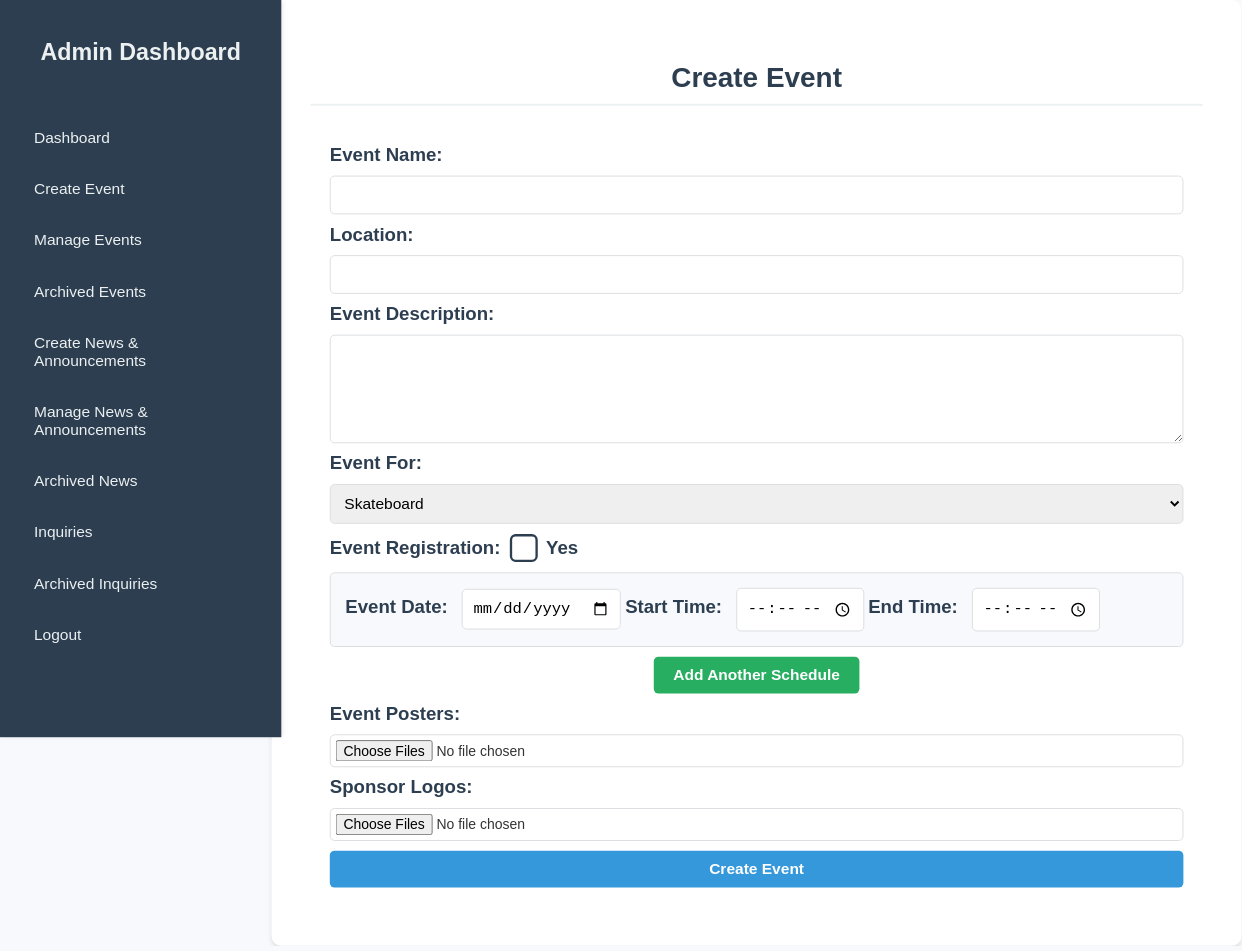
Repository: KharonKade/Capstone
Page: admin.html
These files come from the project's save history. The page is drawn as it stood at one moment and after the next save; the edit follows.
The browser window is 1280 px wide. The pictures show the whole page, at 97% of full size.

Above is the page before, as saved 2025-04-01 19:45:08.

### admin.html
<!DOCTYPE html>
<html lang="en">
<head>
    <meta charset="UTF-8">
    <meta name="viewport" content="width=device-width, initial-scale=1.0">
    <title>Create Event</title>
    <link rel="stylesheet" href="Css/admin.css?v=1.0">
    <script src="https://cdn.jsdelivr.net/npm/sweetalert2@11"></script>
</head>
<body>
    <div class="admin-container">
        <nav class="sidebar">
            <h2>Admin Dashboard</h2>
            <ul>
                <li><a href="/dashboard">Dashboard</a></li>
                <li><a href="admin.html">Create Event</a></li>
                <li><a href="manage_upcoming.php">Manage Events</a></li>
                <li><a href="archived_events.php">Archived Events</a></li>
                <li><a href="create_news.html">Create News & Announcements</a></li>
                <li><a href="manage_news.php">Manage News & Announcements</a></li>
                <li><a href="archived_news.php">Archived News</a></li>
                <li><a href="view_inquiries.php">Inquiries</a></li>
                <li><a href="archived_inquiries.php">Archived Inquiries</a></li>
                <li><a href="/logout">Logout</a></li>
            </ul>
        </nav>
        <main class="content" id="create_event">
            <h2>Create Event</h2>
            <div class="form-container">
            <form action="store_event.php" method="post" enctype="multipart/form-data">
                <label for="event_name">Event Name:</label>
                <input type="text" name="event_name" id="event_name" required>

                <label for="location">Location:</label>
                <input type="text" name="location" id="location" required>

                <label for="description">Event Description:</label>
                <textarea name="description" id="description" rows="5" required></textarea>

                <label for="category">Event For:</label>
                <select name="category" id="category" required>
                    <option value="skateboard">Skateboard</option>
                    <option value="inline">Inline</option>
                    <option value="bmx">BMX</option>
                    <option value="all">All</option>
                </select>

                <label for="registration">
                    Event Registration:
                    <input type="checkbox" name="registration" id="registration" value="1">
                    <span>Yes</span>
                </label>

                <div id="registration-options" style="display: none;">
                    <label for="registration_limit">Registration Limit:</label>
                    <input type="number" name="registration_limit" id="registration_limit" min="1">
                </div>

                <div id="schedule-container">
                    <div class="schedule-item">
                        <label for="event_date">Event Date:</label>
                        <input type="date" name="event_date[]" required>
                        <label for="start_time">Start Time:</label>
                        <input type="time" name="start_time[]" required>
                        <label for="end_time">End Time:</label>
                        <input type="time" name="end_time[]" required>
                    </div>
                </div>
                <button type="button" id="add_schedule">Add Another Schedule</button>

                <label for="posters">Event Posters:</label>
                <input type="file" name="posters[]" id="posters" multiple required>

                <label for="sponsors">Sponsor Logos:</label>
                <input type="file" name="sponsors[]" id="sponsors" multiple required>

                <button type="submit">Create Event</button>
            </form>
            </div>
        </main>
    </div>
    <script>
        // Get references to the button and container
        const addScheduleButton = document.getElementById('add_schedule');
        const scheduleContainer = document.getElementById('schedule-container');

        // Add an event listener to the "Add Another Schedule" button
        addScheduleButton.addEventListener('click', () => {
            // Create a new div for the additional schedule
            const newSchedule = document.createElement('div');
            newSchedule.classList.add('schedule-item');

            // Add the necessary input fields for a new schedule
            newSchedule.innerHTML = `
                <label for="event_date">Event Date:</label>
                <input type="date" name="event_date[]" required>
                <label for="start_time">Start Time:</label>
                <input type="time" name="start_time[]" required>
                <label for="end_time">End Time:</label>
                <input type="time" name="end_time[]" required>
                <button type="button" class="remove-schedule">Remove</button>
            `;

            // Append the new schedule div to the container
            scheduleContainer.appendChild(newSchedule);

            // Add functionality to remove the schedule
            newSchedule.querySelector('.remove-schedule').addEventListener('click', () => {
                newSchedule.remove();
            });
        });

        document.getElementById("registration").addEventListener("change", function () {
            var registrationOptions = document.getElementById("registration-options");
            registrationOptions.style.display = this.checked ? "block" : "none";
        });
    </script>
</body>
</html>

### Css/admin.css
/* admin.css */

body {
    font-family: 'Arial', sans-serif;
    margin: 0;
    padding: 0;
    background: #f7f9fc;
    color: #333;
}

.admin-container {
    display: flex;
    min-height: 100vh;
}

/* Sidebar */
.sidebar {
    width: 250px;
    background: #2c3e50;
    color: #ecf0f1;
    padding: 20px;
    box-shadow: 2px 0 5px rgba(0, 0, 0, 0.1);
    display: flex;
    flex-direction: column;
    gap: 20px;
    position: fixed;
    height: 100%;
}

.sidebar h2 {
    text-align: center;
    font-size: 1.5rem;
    margin-bottom: 20px;
}

.sidebar ul {
    list-style: none;
    padding: 0;
    margin: 0;
}

.sidebar ul li {
    margin: 15px 0;
}

.sidebar ul li a {
    text-decoration: none;
    color: #ecf0f1;
    padding: 10px 15px;
    display: block;
    border-radius: 5px;
    transition: background 0.3s;
}

.sidebar ul li a:hover {
    background: #34495e;
}

/* Main Content */
.content {
    flex-grow: 1;
    padding: 40px;
    background: #ffffff;
    border-radius: 10px;
    box-shadow: 0px 4px 6px rgba(0, 0, 0, 0.1);
    margin-left: 280px;
    align-items: center;
}

.content h2 {
    margin-bottom: 20px;
    font-size: 1.8rem;
    color: #2c3e50;
    text-align: center;
    border-bottom: 2px solid #ecf0f1;
    padding-bottom: 10px;
}
.form-container {
    display: flex;
    justify-content: center; /* Centers horizontally */
    align-items: center; /* Centers vertically */
}

form {
    display: flex;
    flex-direction: column;
    gap: 10px;
    max-width: 1000px; /* Adjust width */
    width: 100%;
    background: white;
    padding: 20px;


}

form label {
    font-size: 1.2rem;
    font-weight: bold;
    color: #2c3e50; /* Darker text color */
    margin-right: 10px;
    cursor: pointer;
}

form input,
form select,
form textarea,
form button {
    font-size: 1rem;
    padding: 10px;
    border: 1px solid #dcdde1;
    border-radius: 5px;
    outline: none;
    transition: border-color 0.3s, box-shadow 0.3s;
}

form input:focus,
form select:focus,
form textarea:focus {
    border-color: #3498db;
    box-shadow: 0 0 5px rgba(52, 152, 219, 0.5);
}

form button {
    background: #3498db;
    color: #ffffff;
    cursor: pointer;
    border: none;
    font-weight: bold;
    transition: background 0.3s;
}

form button:hover {
    background: #2980b9;
}

#schedule-container {
    display: flex;
    flex-direction: column;
    gap: 20px;
}

.schedule-item {
    background: #f7f9fc;
    padding: 15px;
    border: 1px solid #dcdde1;
    border-radius: 5px;
}

.schedule-item .remove-schedule {
    background: #e74c3c;
    color: #ffffff;
    border: none;
    padding: 5px 10px;
    border-radius: 5px;
    margin-top: 10px;
    cursor: pointer;
    font-size: 0.9rem;
}

.schedule-item .remove-schedule:hover {
    background: #c0392b;
}

/* Add Schedule Button */
#add_schedule {
    align-self: center;
    background: #27ae60;
    color: #ffffff;
    border: none;
    padding: 10px 20px;
    font-size: 1rem;
    border-radius: 5px;
    cursor: pointer;
    transition: background 0.3s;
}

#add_schedule:hover {
    background: #229954;
}

/* File Inputs */
form input[type="file"] {
    padding: 5px;
    font-size: 0.9rem;
}

/* Style the label */
label[for="registration"] {
    font-size: 1.2rem;
    font-weight: bold;
    color: #2c3e50;
    display: flex;
    align-items: center; /* Ensures everything stays aligned horizontally */
    gap: 8px; /* Adds spacing between elements */
}

/* Hide the default checkbox */
input[type="checkbox"] {
    appearance: none;
    -webkit-appearance: none;
    -moz-appearance: none;
    width: 20px;
    height: 20px;
    border: 2px solid #2c3e50; /* Border color */
    border-radius: 5px;
    display: inline-block;
    vertical-align: middle;
    position: relative;
    cursor: pointer;
    transition: background 0.3s ease-in-out;
    transform: scale(1.2); /* Makes the checkbox slightly bigger */
}

/* Style when checked */
input[type="checkbox"]:checked {
    background-color: #2c3e50; /* Darker color */
    border-color: #2c3e50;
}

/* Checkmark using ::after pseudo-element */
input[type="checkbox"]:checked::after {
    content: "✔";
    font-size: 1rem;
    color: white;
    position: absolute;
    left: 50%;
    top: 50%;
    transform: translate(-50%, -50%);
    font-weight: bold;
}

/* Responsive Design */
@media (max-width: 768px) {
    .admin-container {
        flex-direction: column;
    }

    .sidebar {
        width: 100%;
        flex-direction: row;
        justify-content: space-around;
    }

    .sidebar h2 {
        display: none;
    }

    .content {
        margin: 0;  /* Remove extra margin */
        padding: 20px;
        width: 100%; /* Ensure it takes full width */
    }

    form {
        padding: 0 10px;
        max-width: 100%; /* Make sure it doesn't shrink too much */
    }
}

After the next save:
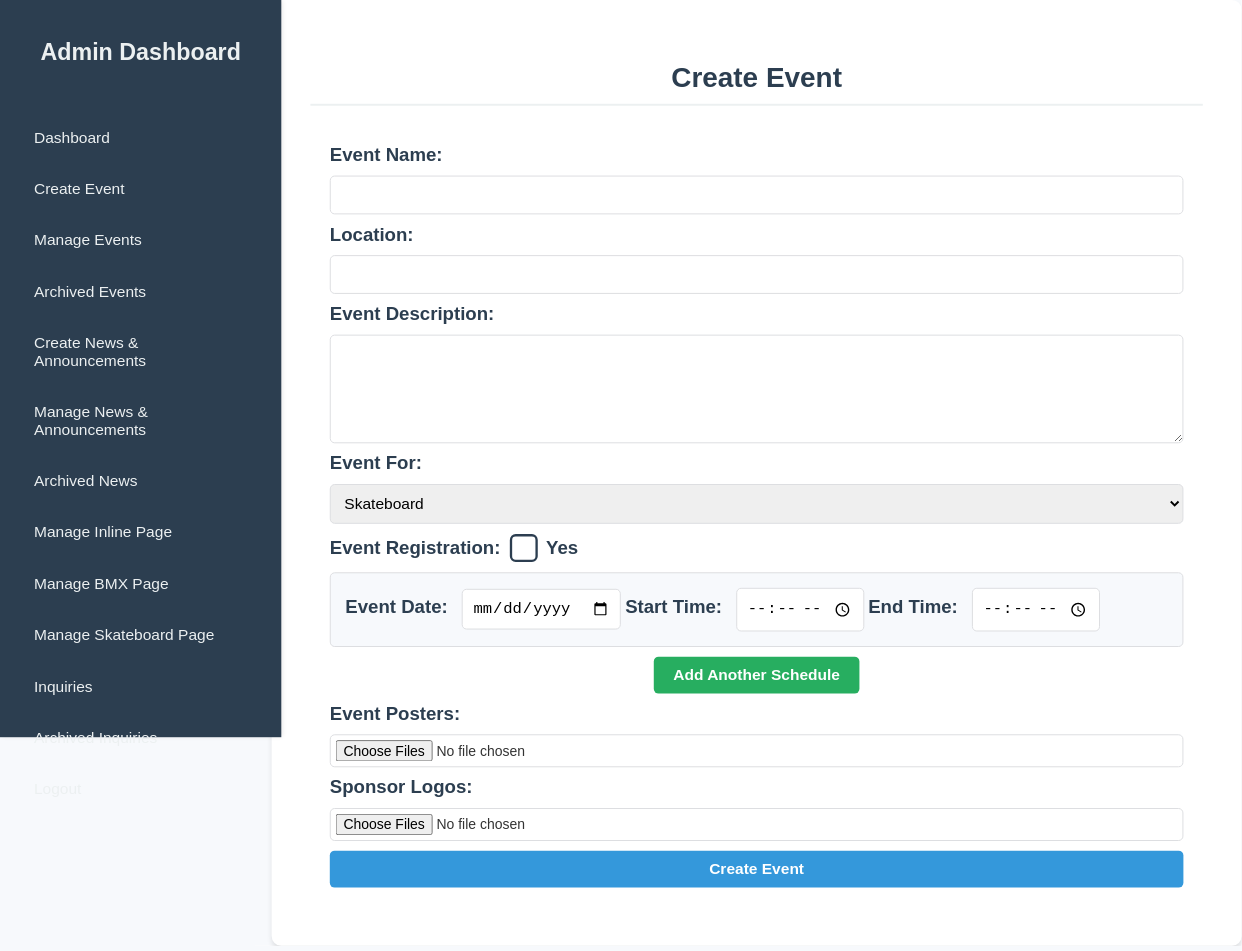
Saved 24 h 1 min later.
--- a/admin.html
+++ b/admin.html
@@ -19,6 +19,9 @@
                 <li><a href="create_news.html">Create News & Announcements</a></li>
                 <li><a href="manage_news.php">Manage News & Announcements</a></li>
                 <li><a href="archived_news.php">Archived News</a></li>
+                <li><a href="editInlinePage.php">Manage Inline Page</a></li>
+                <li><a href="editBmxPage.php">Manage BMX Page</a></li>
+                <li><a href="editSkateboardPage.php">Manage Skateboard Page</a></li>
                 <li><a href="view_inquiries.php">Inquiries</a></li>
                 <li><a href="archived_inquiries.php">Archived Inquiries</a></li>
                 <li><a href="/logout">Logout</a></li>
